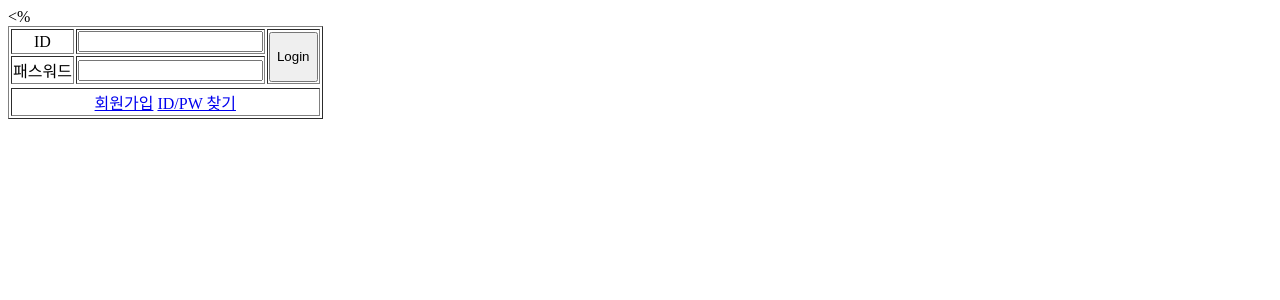
Repository: wake45/Web_Programming_Project
Page: Web_기말프로젝트_20145150_이상욱/Project/WebContent/login.html
The author's editor kept a copy of each file at every save. The page is drawn from the files as they stood at one save, then again after the next save.
The browser window is 1280 px wide. The pictures show the whole page.

Above is the page before, as saved 2018-06-11 07:27:37.

### Web_기말프로젝트_20145150_이상욱/Project/WebContent/login.html
<%
<!DOCTYPE html>
<html>
<head>
<meta charset="EUC-KR">
<title>Insert title here</title>
</head>
<body>
<form method=post action=login.jsp>
	<table border=collapse>
		<tr>
			<td align="center">ID
			<td> <input type=text name=id>
			<td rowspan="2" align="center"><input type=submit value=Login style="height: 50px;"></td>
		<tr>
			<td align="center">패스워드
			<td><input type=password name=password>

		<tr>
		<tr>
			<td colspan="4" align="center">
			<a href="regist.html">회원가입</a>
			<a href="find.html">ID/PW 찾기</a>
		</tr>
	</table>
</form>
</body>
</html>

After the next save:
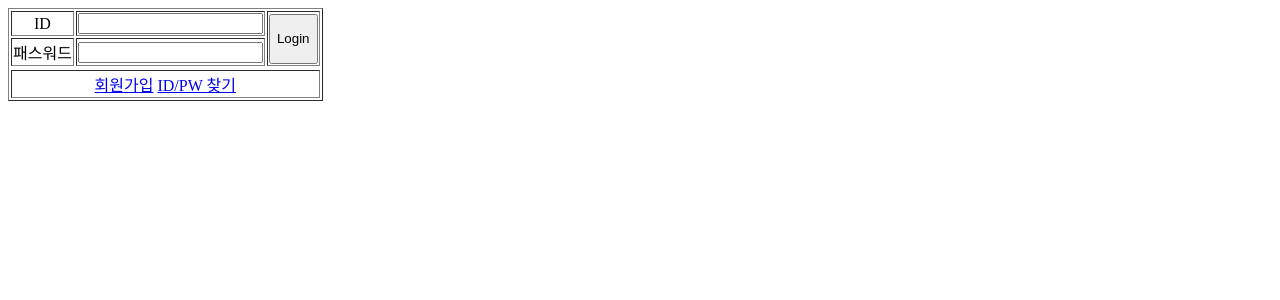
Saved 3 min 30 s later.
--- a/Web_기말프로젝트_20145150_이상욱/Project/WebContent/login.html
+++ b/Web_기말프로젝트_20145150_이상욱/Project/WebContent/login.html
@@ -1,4 +1,3 @@
-<%
 <!DOCTYPE html>
 <html>
 <head>
